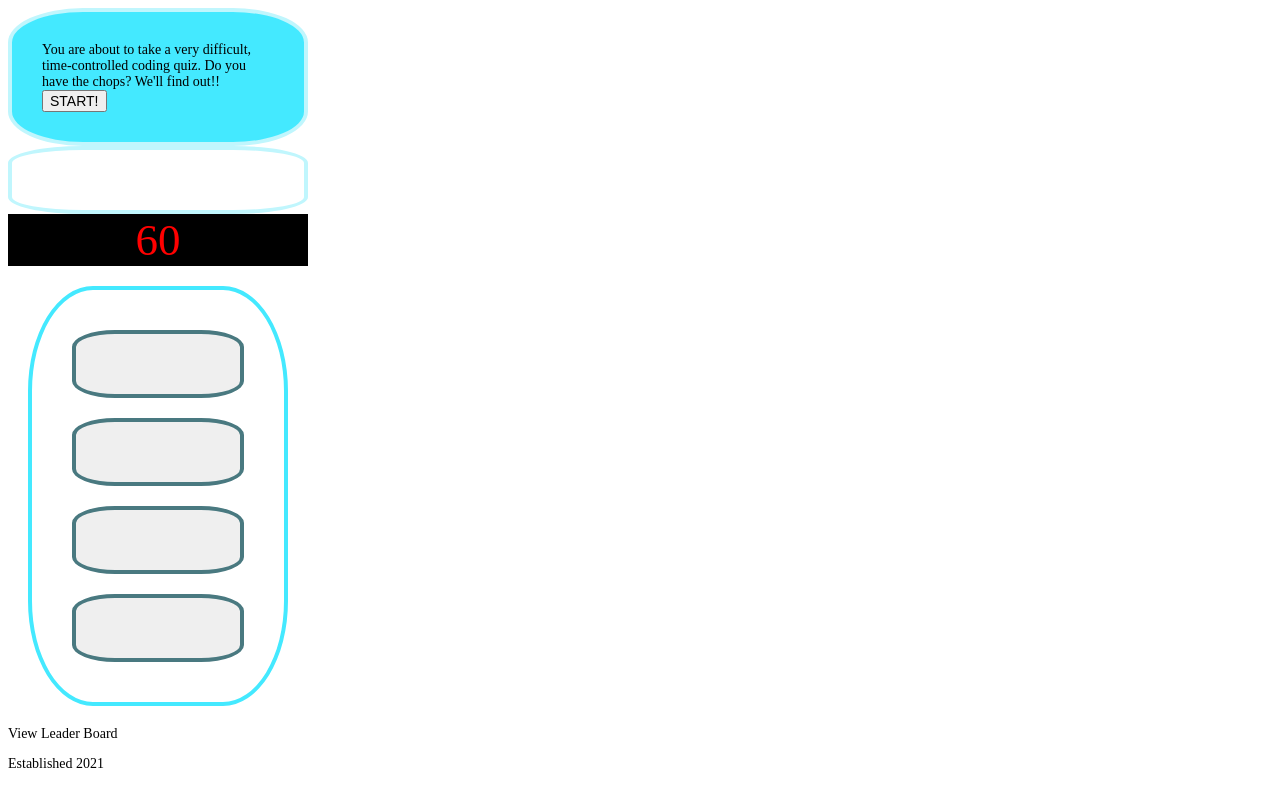
Repository: stuart-rickard/coding-quiz
Page: index.html
These files come from the project's save history. The page is drawn as it stood at one moment and after the next save; the edit follows.
The browser window is 1280 px wide. The pictures show the whole page.

Above is the page before, as saved 2021-11-22 22:50:29.

After the next save:
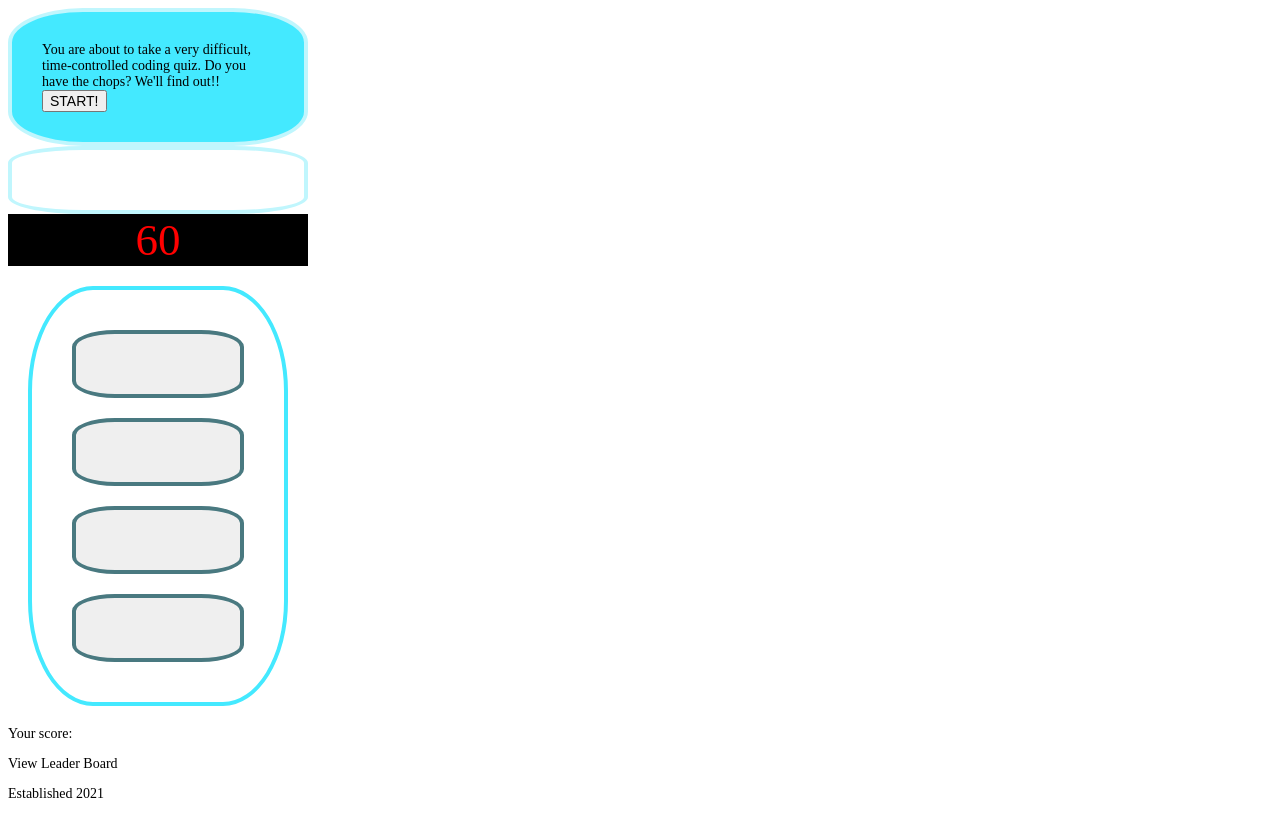
Saved 118 s later.
--- a/index.html
+++ b/index.html
@@ -29,6 +29,9 @@
         <button class="answer-button" id="#answer-d"></button>
       </form>
     </div>
+    <div class="test-done">
+      <p>Your score:</p>
+    </div>
   </main>
 
 
